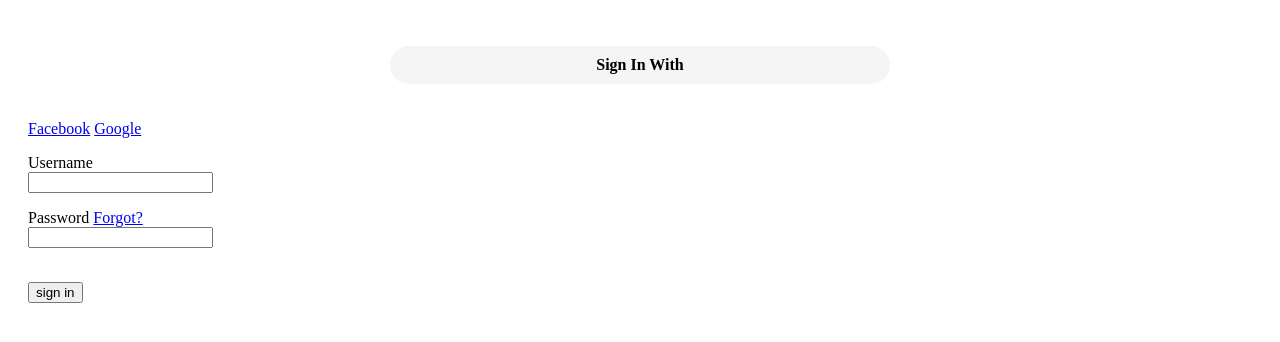
Repository: Tobby004/bdc-assignment-2
Page: index.html
The author's editor kept a copy of each file at every save. The page is drawn from the files as they stood at one save, then again after the next save.
The browser window is 1280 px wide. The pictures show the whole page.

Above is the page before, as saved 2023-02-11 03:41:07.

After the next save:
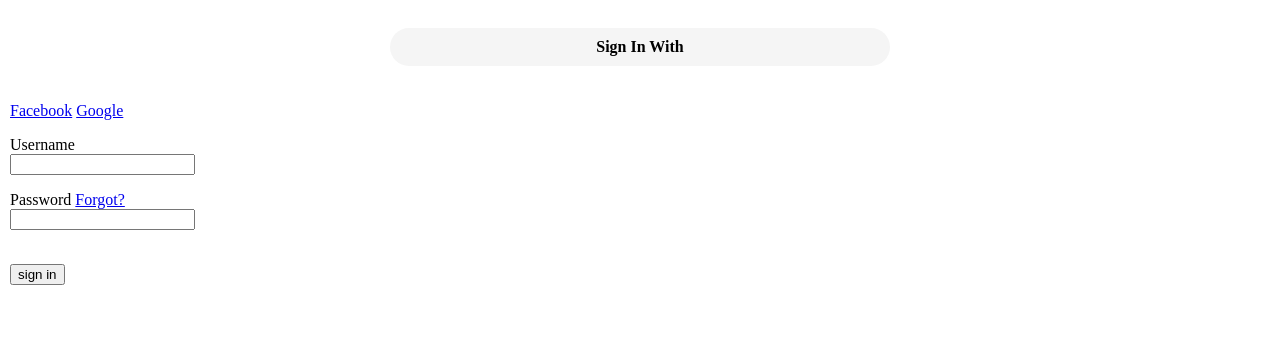
Saved 76 s later.
--- a/task.css
+++ b/task.css
@@ -12,4 +12,6 @@ header b {
     justify-content: center;
 }
 body {
-    padding: 20px;
+    padding:0 ;
+    margin: 10px ;
+}
